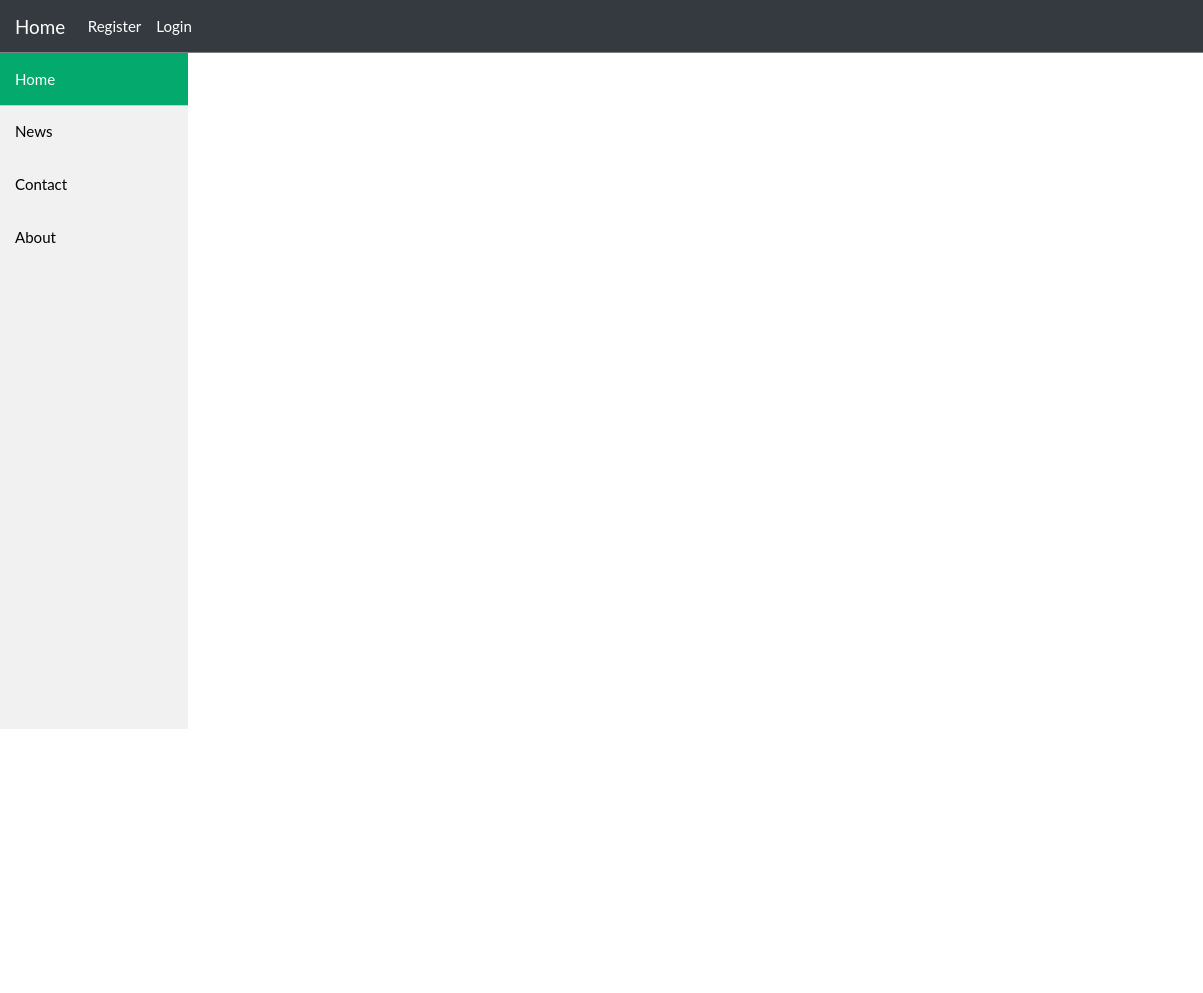
Repository: prabhat8701/nextgrowth_lab_task-main
Page: http://localhost/adminDash/
An editor plug-in stored every save of this project. The page is shown before and after the next save, followed by the edit.
The browser window is 1280 px wide. The pictures show the whole page, at 94% of full size.
The page is served by the project's application, run on Django 4.2 (manage.py).

Above is the page before, as saved 2023-07-31 18:25:28.

After the next save:
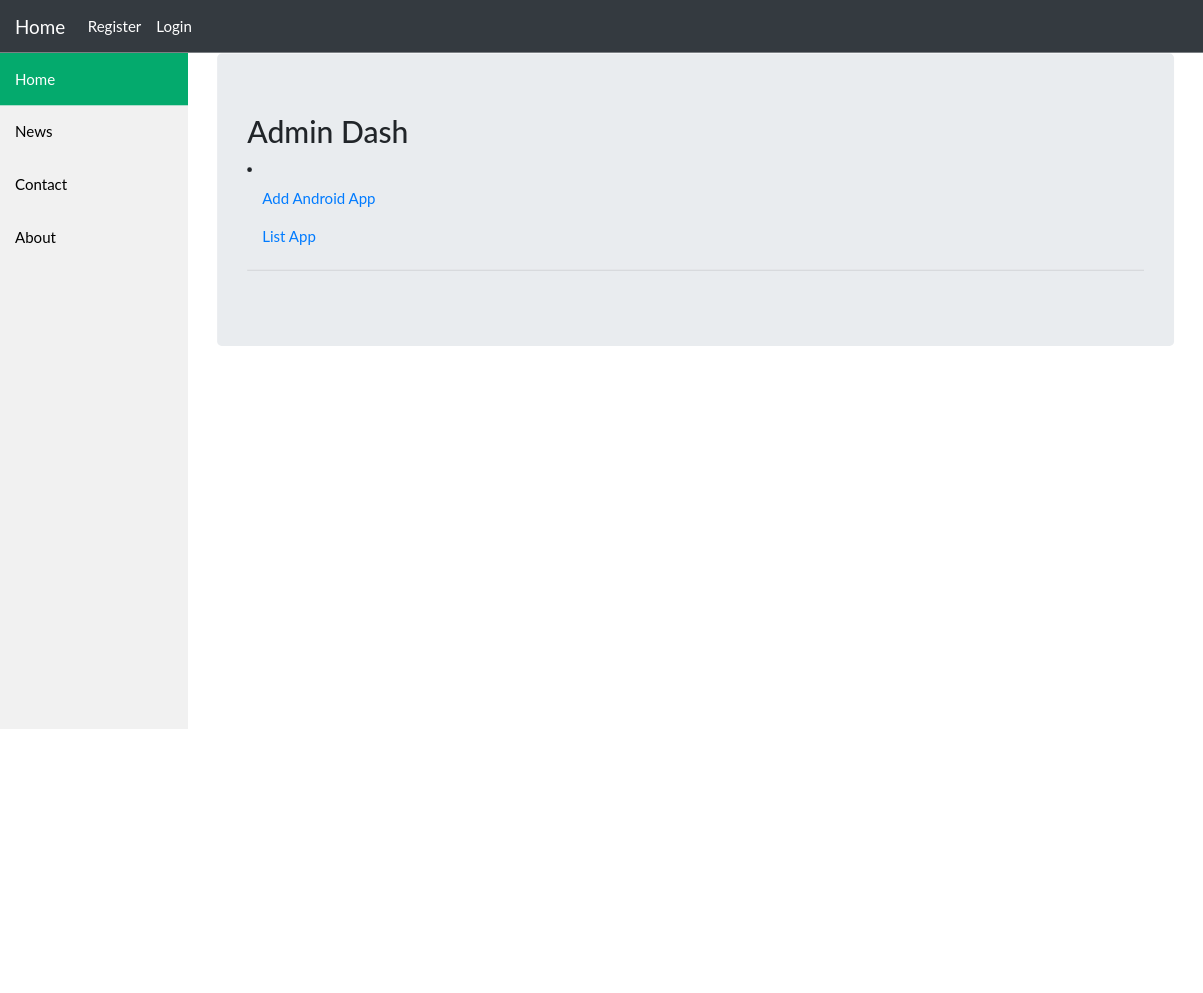
Saved 6 s later.
--- a/nextgrowAi/SET_2/next_project/templates/gradesApp/base1.html
+++ b/nextgrowAi/SET_2/next_project/templates/gradesApp/base1.html
@@ -110,6 +110,10 @@ div.content {
 </div>
 
 <div class="content">
+    {% block body_block %}
+
+
+    {% endblock %}
 
 </div>
 
